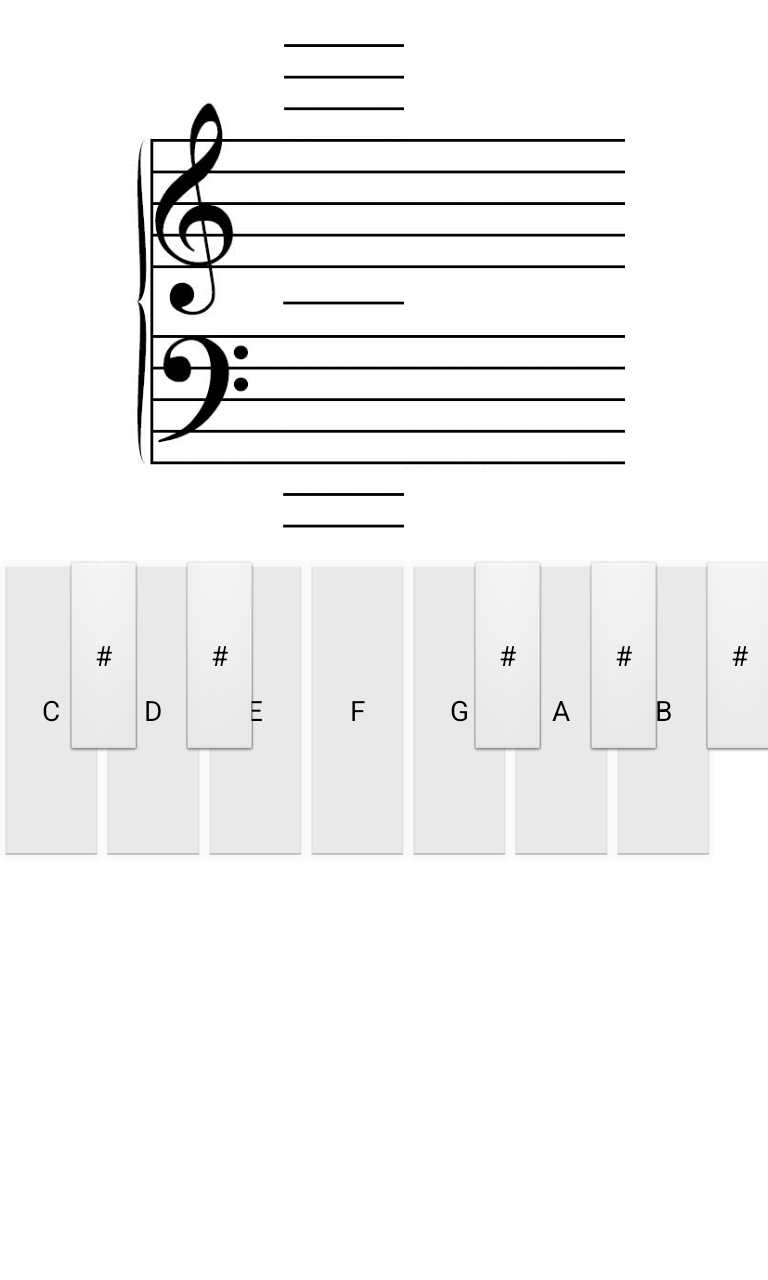
Repository: jockmahon/androidWorkSpace
Layout: Noteable/res/layout/staff_display.xml
These files come from the project's save history. The layout is drawn as it stood at one moment and after the next save; the edit follows.
It is drawn on a 768 x 1280 px phone screen (xhdpi) without system bars, with theme AppTheme; the app's code is not run. Lists and similar views that code fills are empty.

Above is the layout before, as saved 2014-09-15 17:35:05.

After the next save:
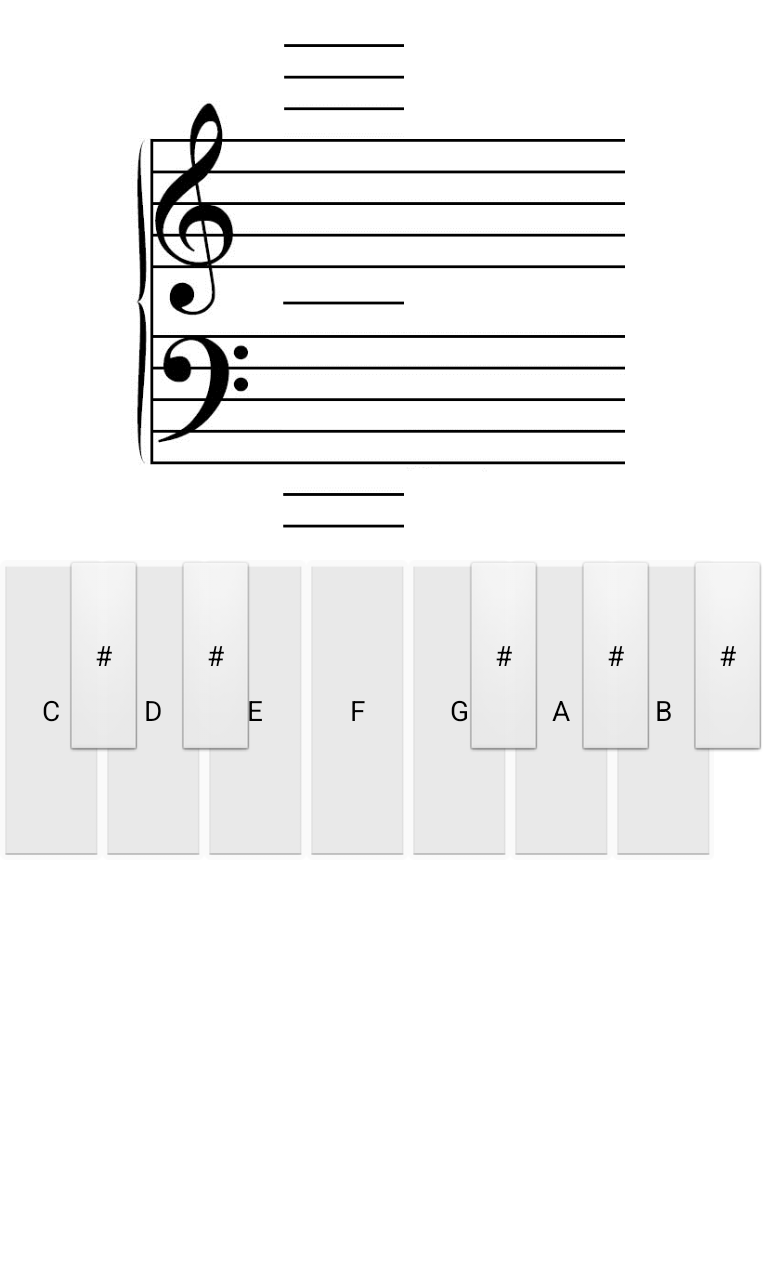
Saved 9 s later.
--- a/Noteable/res/values-sw320dp/dimens.xml
+++ b/Noteable/res/values-sw320dp/dimens.xml
@@ -7,7 +7,7 @@
     <dimen name="height_sharp_note_btn">100dp</dimen>
 
     <dimen name="padding_sharp_notes">32dp</dimen>
-    <dimen name="margin_right_small">18dp</dimen>
+    <dimen name="margin_right_small">16dp</dimen>
     <dimen name="margin_right_big">104dp</dimen>
 
 
